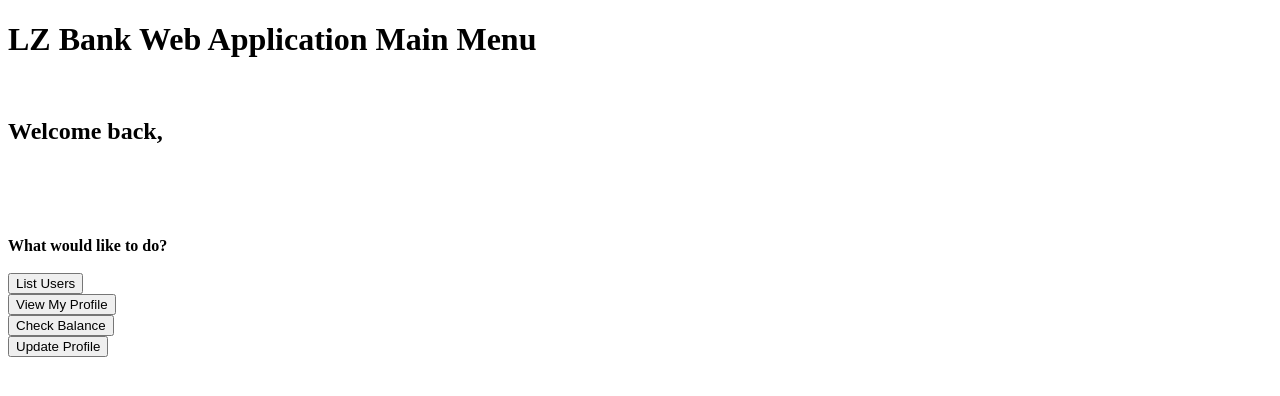
Repository: kingron98/SoftEng-Bank-Web-Application-
Page: http://localhost/SE3_BankWebApp/loginSuccess.jsp
The author's editor kept a copy of each file at every save. The page is drawn from the files as they stood at one save, then again after the next save.
The browser window is 1280 px wide. The pictures show the whole page.
The page is served by Tomcat 9. Other server files are loaded and not shown.

Above is the page before, as saved 2020-12-13 16:07:35.

### SE3 Bank App/Java/Workspace/SE3_BankWebApp/WebContent/loginSuccess.jsp
<%@ page language="java" contentType="text/html; charset=ISO-8859-1" pageEncoding="ISO-8859-1"%>

<%@ taglib uri="http://java.sun.com/jsp/jstl/core" prefix="c" %>

<!DOCTYPE html PUBLIC "-//W3C//DTD HTML 4.01 Transitional//EN" "http://www.w3.org/TR/html4/loose.dtd">
<html>

<head>
<meta http-equiv="Content-Type" content="text/html; charset=ISO-8859-1">
<title>LZ Bank Web Application Main Menu</title>
</head>

<body>
	<h1>LZ Bank Web Application Main Menu</h1>

	<br/>

	<c:set var="customer" value="${sessionScope.customer}"/>
	<c:set var="bankaccount" value="${sessionScope.bankaccount}"/>
	<h2>Welcome back,</h2>
	<br/>
	<h3><c:out value="${customer.customerName}"/></h3>
	<br/><br/>
	<b>What would like to do?</b>

	<br/><br/>

	<form action="FrontController" method="post">
	     <input type="hidden" name="action" value="ListUsers" />
         <input type="submit" value="List Users" />
    </form>
    <form action="FrontController" method="post">
	     <input type="hidden" name="action" value="ViewUserProfile" />
         <input type="submit" value="View My Profile" />
    </form>
    <form action="FrontController" method="post">
	     <input type="hidden" name="action" value="CheckBalance" />
         <input type="submit" value="Check Balance" />
    </form>
    <form action="FrontController" method="post">
	     <input type="hidden" name="action" value="DisplayUpdateProfile" />
         <input type="submit" value="Update Profile" />
    </form>
</body>

</html>

After the next save:
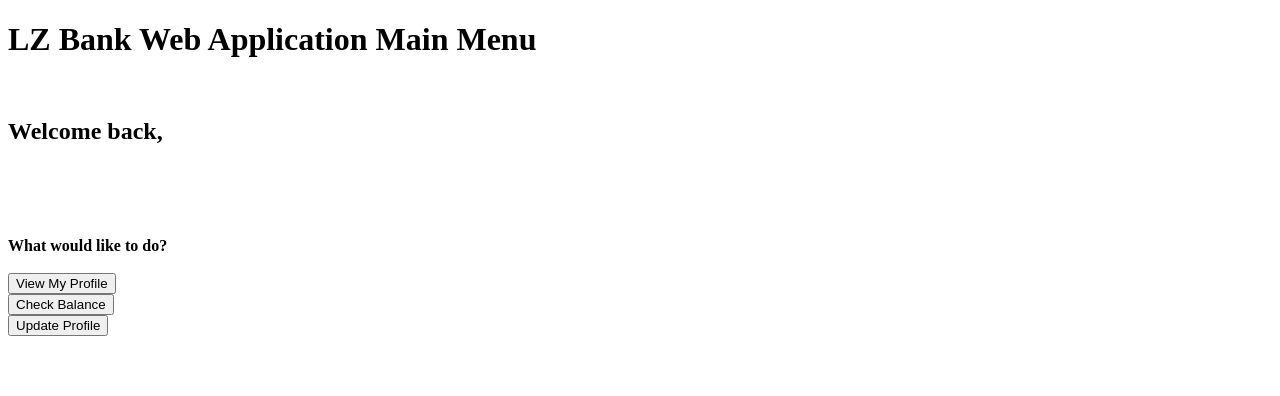
Saved 2 min 4 s later.
--- a/SE3 Bank App/Java/Workspace/SE3_BankWebApp/WebContent/loginSuccess.jsp
+++ b/SE3 Bank App/Java/Workspace/SE3_BankWebApp/WebContent/loginSuccess.jsp
@@ -25,10 +25,6 @@
 
 	<br/><br/>
 
-	<form action="FrontController" method="post">
-	     <input type="hidden" name="action" value="ListUsers" />
-         <input type="submit" value="List Users" />
-    </form>
     <form action="FrontController" method="post">
 	     <input type="hidden" name="action" value="ViewUserProfile" />
          <input type="submit" value="View My Profile" />
